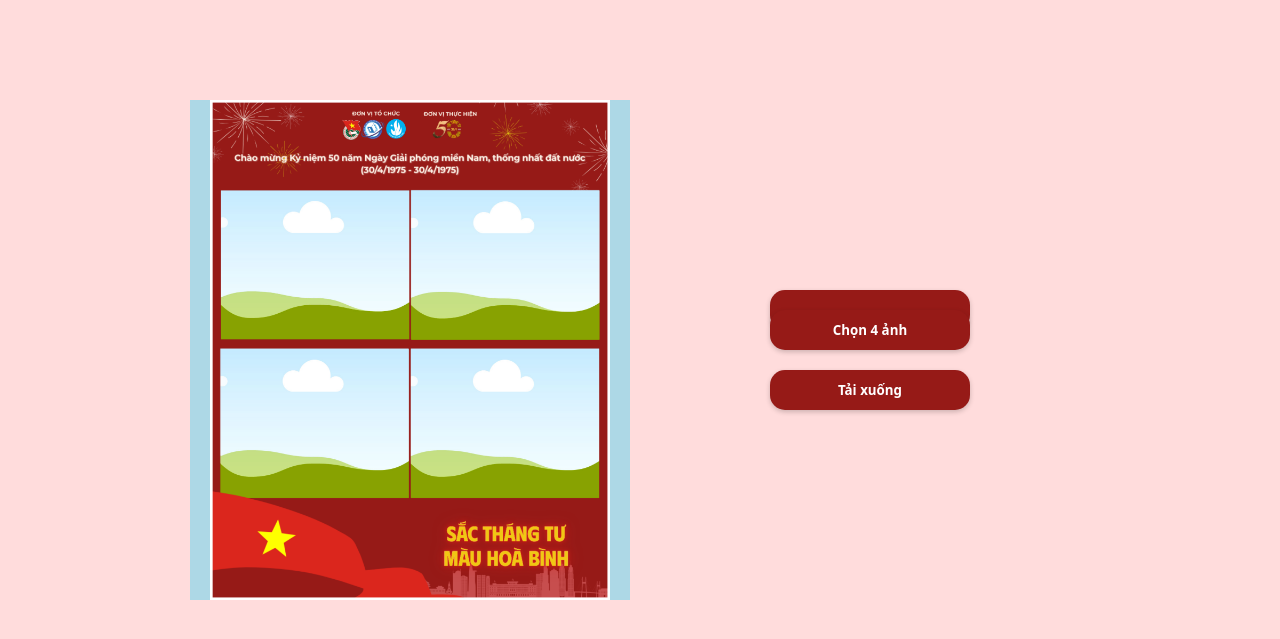
Repository: nguyentambinh/tuoitretdmu
Page: http://localhost/
An editor plug-in stored every save of this project. The page is shown before and after a run of saves, followed by the edit.
The browser window is 1280 px wide. The pictures show the whole page.
The page is run by PHP 8.4 with error messages shown; the project is at /var/www/html/.

Above is the page before, as saved 2025-04-10 13:42:35.
Console error: TypeError: Cannot read properties of null (reading 'addEventListener')

### index.php
<!DOCTYPE html>
<html lang="en">
<head>
    <meta charset="UTF-8">
    <meta name="viewport" content="width=device-width, initial-scale=1.0">
    <link rel="stylesheet" href="main.css">
    <script src="main.js"></script>
    <title></title>
</head>
<body>
    <div class = "container-box">
        <div class="background-box">
            <img src="" alt="" class="img-sub">
            <img src="" alt="" class="img-sub">
            <img src="" alt="" class="img-sub">
            <img src="" alt="" class="img-sub"><img src="" alt="" class="img-sub">
        </div>
        <div class="control-box">
        <div class="input-group mb-[10px] btn-custom">
            <button id="btn-add-picture" class=" btn-custom">
                Chọn 4 ảnh
            </button>
        </div>
            <button class="btn-custom btn-dowload-picture">Tải xuống</button>
        </div>
    </div>
</body>
<script>
  // Khi nhấn nút "Chọn 4 ảnh" thì click vào input hidden
  document.getElementById("btn-add-picture").addEventListener("click", function () {
    document.getElementById("image-choose").click();
  });

  // Khi người dùng chọn ảnh
  document.getElementById("image-choose").addEventListener("change", function (e) {
    const files = e.target.files;

    for (let i = 0; i < 4; i++) {
      const img = document.getElementById(`img-choosen-${i + 1}`);

      if (files[i]) {
        const reader = new FileReader();
        reader.onload = function (event) {
          img.src = event.target.result;
        };
        reader.readAsDataURL(files[i]);
      } else {
        // Nếu thiếu ảnh thì giữ placeholder
        img.src = "./data/placeholder.jpg";
      }
    }
  });
</script>

</html>

### main.css
body {
    background-color: #ffdcdc;
    margin: 0;
    padding: 0;
    display: flex;
    justify-content: center;
    margin-top: 100px;
}

.container-box {
    display: grid;
    grid-template-columns: 1fr 1fr;
    gap: 20px;
    width: 900px;
    max-width: 100%;
}

@media screen and (max-width: 720px) {
    .container-box {
        grid-template-columns: 1fr;
        grid-template-rows: auto auto;
        width: 100%;
        padding: 0 10px;
    }

    .control-box {
        align-items: center;
    }
    .btn-custom{

    }
}

.background-box {
    display: flex;
    justify-content: center;
    align-items: center;
    background-position: center;
    background-image: url('./picture/FRAMEPHOTOBOOTH304.png');
    background-size: contain;
    background-repeat: no-repeat;
    background-color: lightblue;
    width: 100%;
    height: 500px;
}

.control-box {
    display: flex;
    flex-direction: column;
    align-items: center;
    justify-content: center;
}

.btn-custom {
    background-color: #961A17;
    border-radius: 15px;
    font-weight: bold;
    font-family: system-ui;
    width: 200px;
    height: 40px;
    color: white;
    margin: 20px 0;
    border: none;
    box-shadow: 0 2px 5px rgba(0,0,0,0.2);
    cursor: pointer;
}

Loaded but not shown: main.js (no copy from this time; the picture is the same without it)

After the next 2 saves:
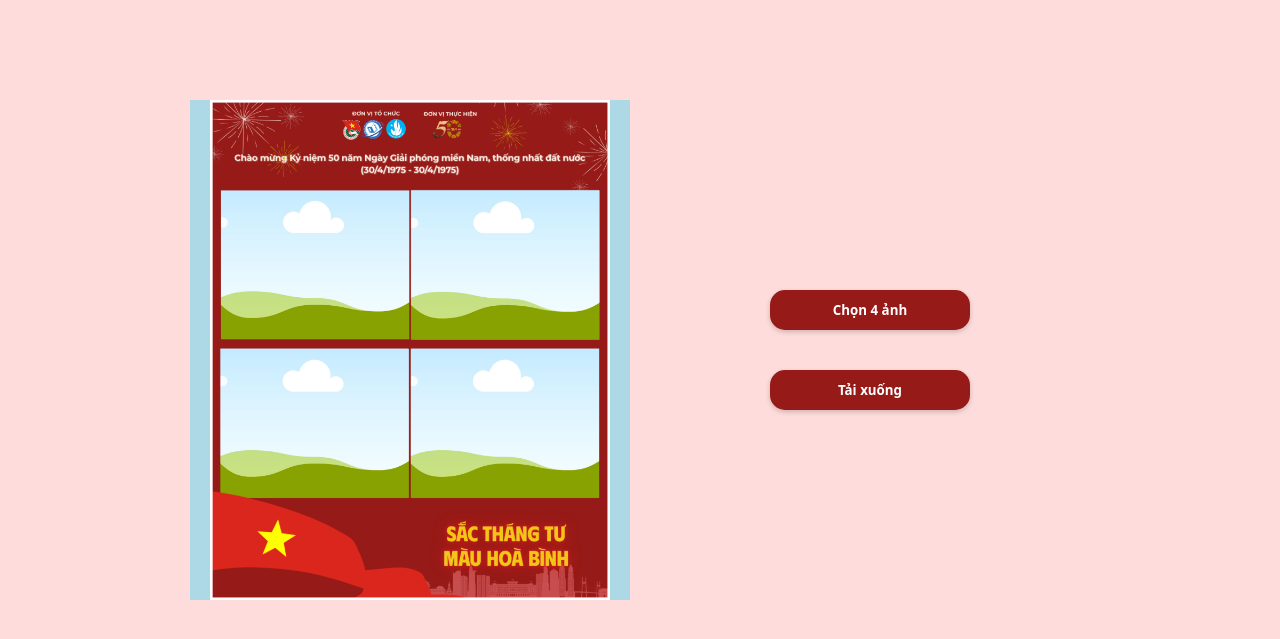
The 2 saves are shown as one change because they came seconds apart.
The last was saved 14 s later.
--- a/index.php
+++ b/index.php
@@ -16,11 +16,9 @@
             <img src="" alt="" class="img-sub"><img src="" alt="" class="img-sub">
         </div>
         <div class="control-box">
-        <div class="input-group mb-[10px] btn-custom">
             <button id="btn-add-picture" class=" btn-custom">
                 Chọn 4 ảnh
             </button>
-        </div>
             <button class="btn-custom btn-dowload-picture">Tải xuống</button>
         </div>
     </div>
